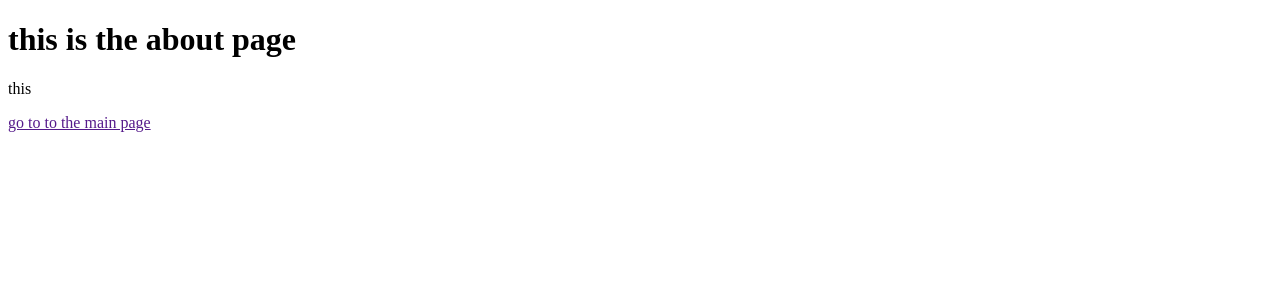
Repository: sailorgeneralmin/fashionblog
Page: about.html
These files come from the project's save history. The page is drawn as it stood at one moment and after a run of saves; the edit follows.
The browser window is 1280 px wide. The pictures show the whole page.

Above is the page before, as saved 2024-10-15 18:29:27.

After the next 2 saves:
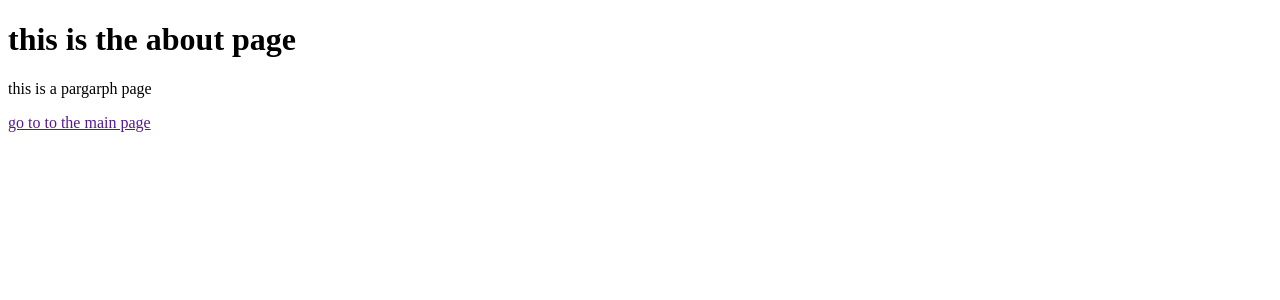
The 2 saves are shown as one change because they came seconds apart.
The last was saved 9 s later.
--- a/about.html
+++ b/about.html
@@ -1,27 +1,28 @@
 <!doctype html>
 <html lang="en">
-    <head>
-        <title></title>
-    </head>
-    <style>
-        body{
-            @keyframes mymoves{
-                from{
-                    background-color:black;
-                }
-                to(
-                    background-color:orange;
-                )
+
+<head>
+    <title></title>
+</head>
+<style>
+    body {
+        @keyframes mymoves {
+            from {
+                background-color: black;
             }
+
+            to(background-color:orange;
+            )
         }
+    }
+</style>
 
-    </style>
-    <body>
-        <h1>this is the about page</h1>
-        <p>this</p>
+<body>
+    <h1>this is the about page</h1>
+    <p>this is a pargarph page</p>
 
-    </body>
-    <!--link to the main page-->
-    <a href="">go to to the main page</a>
+</body>
+<!--link to the main page-->
+<a href="">go to to the main page</a>
 
 </html>
